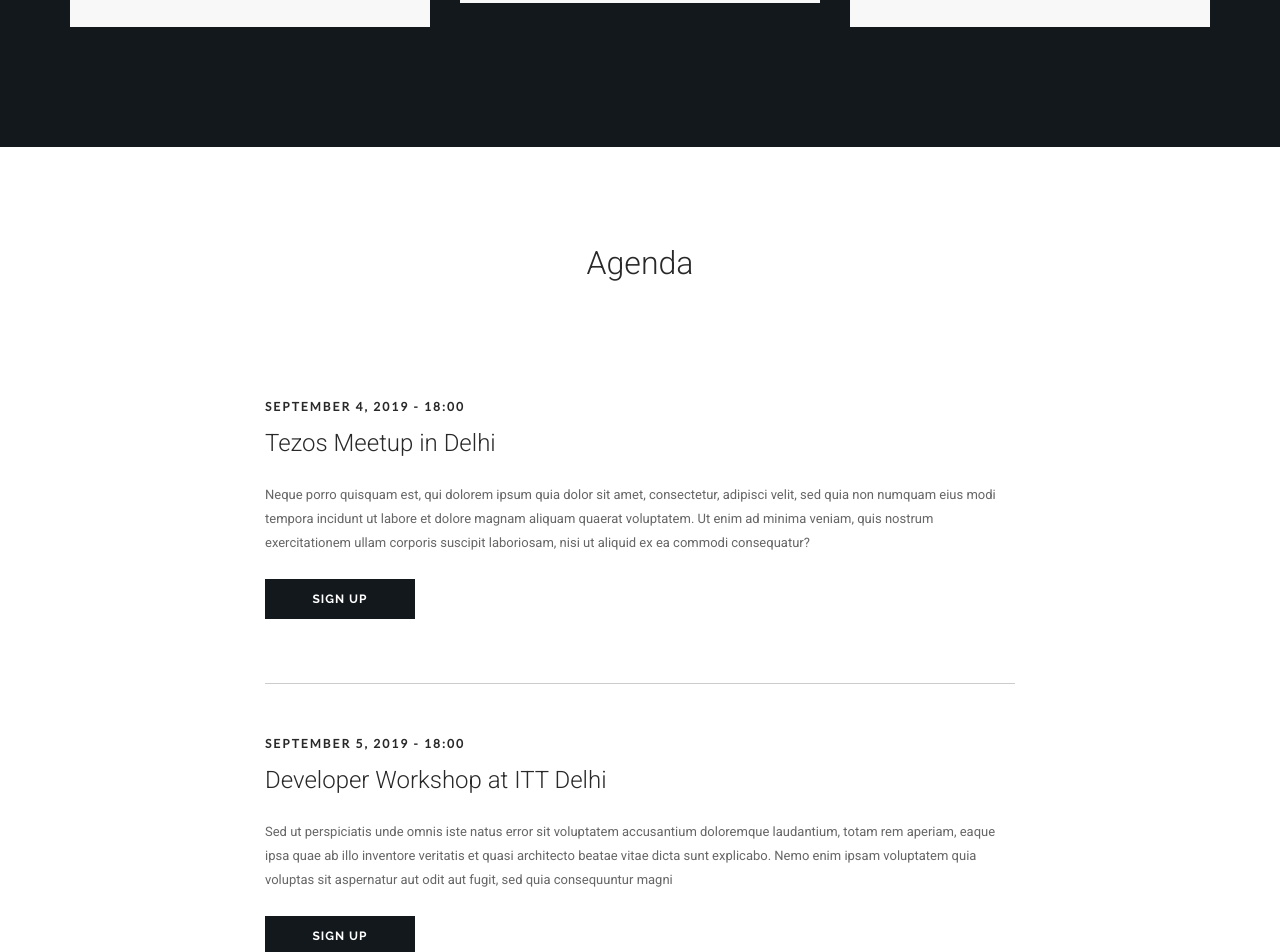
Repository: Tezos-India-Foundation/TIF-Website
Page: Tezos India Website/page.html
The author's editor kept a copy of each file at every save. The page is drawn from the files as they stood at one save, then again after the next save.
The browser window is 1280 px wide. The pictures show the part of the page from y = 1578 to 2530 px (the page is 4205 px tall before and 5045 px after).
A picture or video elsewhere on the page could not be fetched, so the positions and the page height are approximate.

Above is the page before, as saved 2019-08-13 04:09:08.

### Tezos India Website/page.html
<!doctype html>
<html lang="en">

<head>
	<meta charset="utf-8">
	<title>Tezos India Foundation</title>
	<meta name="viewport" content="width=device-width, initial-scale=1.0">
	<link href="css/font-awesome.min.css" rel="stylesheet" type="text/css" media="all">
	<link href="css/themify-icons.css" rel="stylesheet" type="text/css" media="all" />
	<link href="css/bootstrap.css" rel="stylesheet" type="text/css" media="all" />
	<link href="css/theme-nearblack.css" rel="stylesheet" type="text/css" media="all" />
	<link href="css/custom.css" rel="stylesheet" type="text/css" media="all" />
	<link
		href='http://fonts.googleapis.com/css?family=Lato:300,400%7CRaleway:100,400,300,500,600,700%7COpen+Sans:400,500,600'
		rel='stylesheet' type='text/css'>
	<link href="http://fonts.googleapis.com/css?family=Roboto:100,300,400,600,700" rel="stylesheet" type="text/css">
	<link href="css/font-roboto.css" rel="stylesheet" type="text/css">
</head>

<body>

	<div class="nav-container">




		<nav class="bg-dark">
			<div class="nav-bar">
				<div class="module left">
					<a href="index.html">
						<img class="logo logo-light" alt="Foundry" src="img\logo with text.png">
						<img class="logo logo-dark" alt="Foundry" src="img/logo-dark.png">
					</a>
				</div>
				<div class="module widget-handle mobile-toggle right visible-sm visible-xs">
					<i class="ti-menu"></i>
				</div>
				<div class="module-group right">
					<div class="module left">
						<ul class="menu">
							<li>
								<a href="#">What We Do</a>
							</li>
							<li>
								<a href="#">Agenda</a>
							</li>
							<li>
								<a href="#">Team</a>
							</li>
							<li>
								<a href="#">Contact</a>
							</li>
					</div>

				</div>
		</nav>


	</div>

	<div class="main-container">





		<!-- <section class="cover fullscreen image-bg overlay">

			<div class="background-image-holder">
				<img alt="image" class="background-image" src="img/prop1.jpg">
			</div>
			<div class="container v-align-transform">
				<div class="row">
					<div class="col-sm-12 text-center">
						<h1 class="large mb16">Tezos India Foundation</h1>
						<h5 class="uppercase mb0">Education . meetups . partnerships</h5>
					</div>
				</div>

			</div>

			<div class="align-bottom relative-xs text-center" id="buttonslanding">
				<a class="btn btn-filled btn-lg mb32 mt-xs-40" href="#">What is Tezos?</a>
				<a class="btn btn-filled btn-lg mb32 mt-xs-40" href="#">Developer Resources</a>
			</div>

		</section> -->
		<section class="bg-dark">



			<div class="container">
				<div class="row">
					<!-- <div class="col-sm-12">

						<hr class="mb160 mb-xs-24">
					</div> -->
				</div>

				<div class="row" id="headerlanding">
					<div class="col-md-10">
						<h1 class="thin">Dedicated to Growing the Tezos Community in India.</h1>
					</div>
				</div>

				<div class="row mb40 mb-xs-0">
					<div class="col-md-6 col-sm-8">
						<p class="lead">The Tezos India Foundation assists individuals and
							entities to use the Tezos blockchain. Our goal is to grow
							the community and advance Tezos in India through education, meetups and
							partnerships.
							&nbsp;</p>
					</div>
				</div>

				<div class="row mb160 mb-xs-0" >
						<div class="col-md-6 col-sm-8" id="headerbuttons">
						<a class="btn btn-lg btn-filled" target="_blank" href="https://tezos.com/">What is Tezos?</a>
						<a class="btn btn-lg btn-white" id="devbutton" target="_blank" href="https://developers.tezos.com/">Developer Resources</a>
					</div>
					</div>



			</div>

		</section>
	</section><section class="bg-primary">

		<div class="container">
			<div class="row">
				<div class="col-sm-12 text-center">
					<h2 class="mb16">What we do</h2>
					<p class="lead mb64">
						Advancing Tezos by Education, Meetups and Partnerships.
					</p>
				</div>
			</div>
			<!--end of row-->
			<div class="row">
				<div class="col-sm-4">
					<div class="feature feature-1 boxed">
						<div class="text-center">
							<i class="ti-package icon"></i>
							<h5 class="uppercase">Education</h5>
						</div>
						<p>
							10 Fresh and unique concepts included out of the box. From portfolio to property showcase, Foundry's adaptable look is perfect for your next project.
						</p>
					</div>
					<!--end of feature-->
				</div>
				<div class="col-sm-4">
					<div class="feature feature-1 boxed">
						<div class="text-center">
							<i class="ti-infinite icon"></i>
							<h5 class="uppercase">Meetups</h5>
						</div>
						<p>
							With over 100 pre-made HTML templates included, it's easier than ever to find a look that suits you. If not, just create your own with Variant Page Builder!
						</p>
					</div>
					<!--end of feature-->
				</div>
				<div class="col-sm-4">
					<div class="feature feature-1 boxed">
						<div class="text-center">
							<i class="ti-heart icon"></i>
							<h5 class="uppercase">Partnerships</h5>
						</div>
						<p>
							We haven't forgotten developers, that's why we've built Foundry from the ground-up as a powerful, easy to understand framework, with a focus on code readability.
						</p>
					</div>
					<!--end of feature-->
				</div>
			</div>
			<!--end of row-->
		</div>
		<!--end of container-->
	</section>
		<section>
			<div class="container">
				<div class="row mb64 mb-xs-24">
					<div class="col-sm-12 text-center">
						<h3>Agenda</h3>

					</div>
				</div>

				<div class="row">
					<div class="col-md-offset-2 col-md-8">
						<div class="tabbed-content button-tabs">


									<div class="tab-content text-left">
										<div>
											<div class="overflow-hidden">

												<div class=" p0-xs pt24">
													<h6 class="uppercase mb8 number">September 4, 2019 - 18:00</h6>
													<h4>Tezos Meetup in Delhi</h4>
												</div>
											</div>
											<p>
												Neque porro quisquam est, qui dolorem ipsum quia dolor sit amet,
												consectetur, adipisci velit, sed quia non numquam eius modi tempora
												incidunt ut labore et dolore magnam aliquam quaerat voluptatem. Ut enim
												ad minima veniam, quis nostrum exercitationem ullam corporis suscipit
												laboriosam, nisi ut aliquid ex ea commodi consequatur?
											</p>

											<a class="mt20 mb20 btn btn-filled" target="_blank" href="https://berndoostrum.typeform.com/to/sGThtu">Sign Up</a>
											<hr class="mt40 mb20 mt-xs-0 mb-xs-24">
										</div>
										<div>
											<div class="overflow-hidden">

												<div class=" p0-xs pt24">
													<h6 class="uppercase mb8 number">September 5, 2019 - 18:00</h6>
													<h4>Developer Workshop at ITT Delhi</h4>
												</div>
											</div>
											<p>
												Sed ut perspiciatis unde omnis iste natus error sit voluptatem
												accusantium doloremque laudantium, totam rem aperiam, eaque ipsa quae ab
												illo inventore veritatis et quasi architecto beatae vitae dicta sunt
												explicabo. Nemo enim ipsam voluptatem quia voluptas sit aspernatur aut
												odit aut fugit, sed quia consequuntur magni
											</p>
											<a class="mt20 mb20 btn btn-filled" target="_blank" href="https://berndoostrum.typeform.com/to/sGThtu">Sign Up</a>
											<hr class="mt40 mb20 mt-xs-0 mb-xs-24">
										</div>
										<div>
											<div class="overflow-hidden">

												<div class=" p0-xs pt24">
													<h6 class="uppercase mb8 number">September 5, 2019 - 18:00</h6>
													<h4>Developer Workshop at ITT Delhi</h4>
												</div>
											</div>
											<p>
												Sed ut perspiciatis unde omnis iste natus error sit voluptatem
												accusantium doloremque laudantium, totam rem aperiam, eaque ipsa quae ab
												illo inventore veritatis et quasi architecto beatae vitae dicta sunt
												explicabo. Nemo enim ipsam voluptatem quia voluptas sit aspernatur aut
												odit aut fugit, sed quia consequuntur magni
											</p>
											<a class="mt20 mb20 btn btn-filled" target="_blank" href="https://berndoostrum.typeform.com/to/sGThtu">Sign Up</a>
											<hr class="mt40 mb20 mt-xs-0 mb-xs-24">
										</div>
									</div>

						</div>

					</div>
				</div>


		</section>
		<section class="bg-dark">
			<div class="container">
				<div class="row">
					<div class="col-md-4 col-sm-6">
						<div class="image-tile outer-title text-center">
							<img alt="Pic" src="img/headshot_berndoostrum.jpg">
							<div class="title mb16">
								<h5 class="uppercase mb0">Bernd Oostrum</h5>
								<span>Director</span>
							</div>
							<p class="mb0">
								Sed ut perspiciatis unde omnis iste natus error sit voluptatem accusantium doloremque
								laudantium, totam rem aperiam, eaque ipsa quae ab illo inventore veritatis.
							</p>
						</div>
					</div>

					<div class="col-md-4 col-sm-6">
						<div class="image-tile outer-title text-center">
							<img alt="Pic" src="img/headshot_gokul.jpg">
							<div class="title mb16">
								<h5 class="uppercase mb0">Gokul Alex</h5>
								<span>Director</span>
							</div>
							<p class="mb0">
								Sed ut perspiciatis unde omnis iste natus error sit voluptatem accusantium doloremque
								laudantium, totam rem aperiam, eaque ipsa quae ab illo inventore veritatis.
							</p>
						</div>
					</div>
					<div class="col-md-4 col-sm-6">
						<div class="image-tile outer-title text-center">
							<img alt="Pic" src="img/headshot_om.jpg">
							<div class="title mb16">
								<h5 class="uppercase mb0">Om Malviya</h5>
								<span>Director</span>
							</div>
							<p class="mb0">
								Sed ut perspiciatis unde omnis iste natus error sit voluptatem accusantium doloremque
								laudantium, totam rem aperiam, eaque ipsa quae ab illo inventore veritatis.
							</p>
						</div>
					</div>
				</div>

			</div>

		</section>
		<section class="bg-primary">
			<div class="container">
				<div class="row">
					<div class="col-sm-12 text-center">
						<h3 class="mb0 inline-block p32 p0-xs">Interested in exploring Tezos?</h3>
						<a class="btn btn-lg btn-white mb8 mt-xs-24" href="#">Reach out</a>
					</div>
				</div>

			</div>

		</section>
		<footer class="footer-2 bg-dark text-center-xs">
			<div class="container">
				<div class="row">
					<div class="col-sm-4">
						<a href="#"><img class="image-xxs fade-half" alt="Pic" src="img\logo with text.png"></a>
					</div>

					<div class="col-sm-5 text-center">
						<span class="fade-half">
							© Copyright 2019 Tezos India Foundation - All Rights Reserved
						</span>
					</div>

					<div class="col-sm-3 text-right text-center-xs">
						<ul class="list-inline social-list">
							<li><a href="#"><i class="ti-twitter-alt"></i></a></li>
							<li><a href="#"><i class="ti-facebook"></i></a></li>
							<li><a href="#"><i class="ti-linkedin"></i></a></li>

						</ul>
					</div>
				</div>
			</div>
		</footer>
	</div>


	<script src="js/jquery.min.js"></script>
	<script src="js/bootstrap.min.js"></script>
	<script src="js/parallax.js"></script>
	<script src="js/scripts.js"></script>
</body>

</html>

### Tezos India Website/css/custom.css
/****** PLACE YOUR CUSTOM STYLES HERE ******/

#headerlanding {
    padding-top: 15%;
}
#headerbuttons {
    padding-bottom: 10%;
}
#backgroundcolor-info {
    background-color: #d3d3d3;
}

Loaded but not shown: Tezos India Website/css/font-awesome.min.css (library); Tezos India Website/css/themify-icons.css (common file); Tezos India Website/css/bootstrap.css (library); Tezos India Website/css/font-roboto.css (common file); Tezos India Website/js/jquery.min.js (library); Tezos India Website/js/bootstrap.min.js (library); Tezos India Website/js/parallax.js (library); Tezos India Website/js/scripts.js (1387 lines, source omitted); Tezos India Website/css/theme-nearblack.css (5712 lines, source omitted)

After the next save:
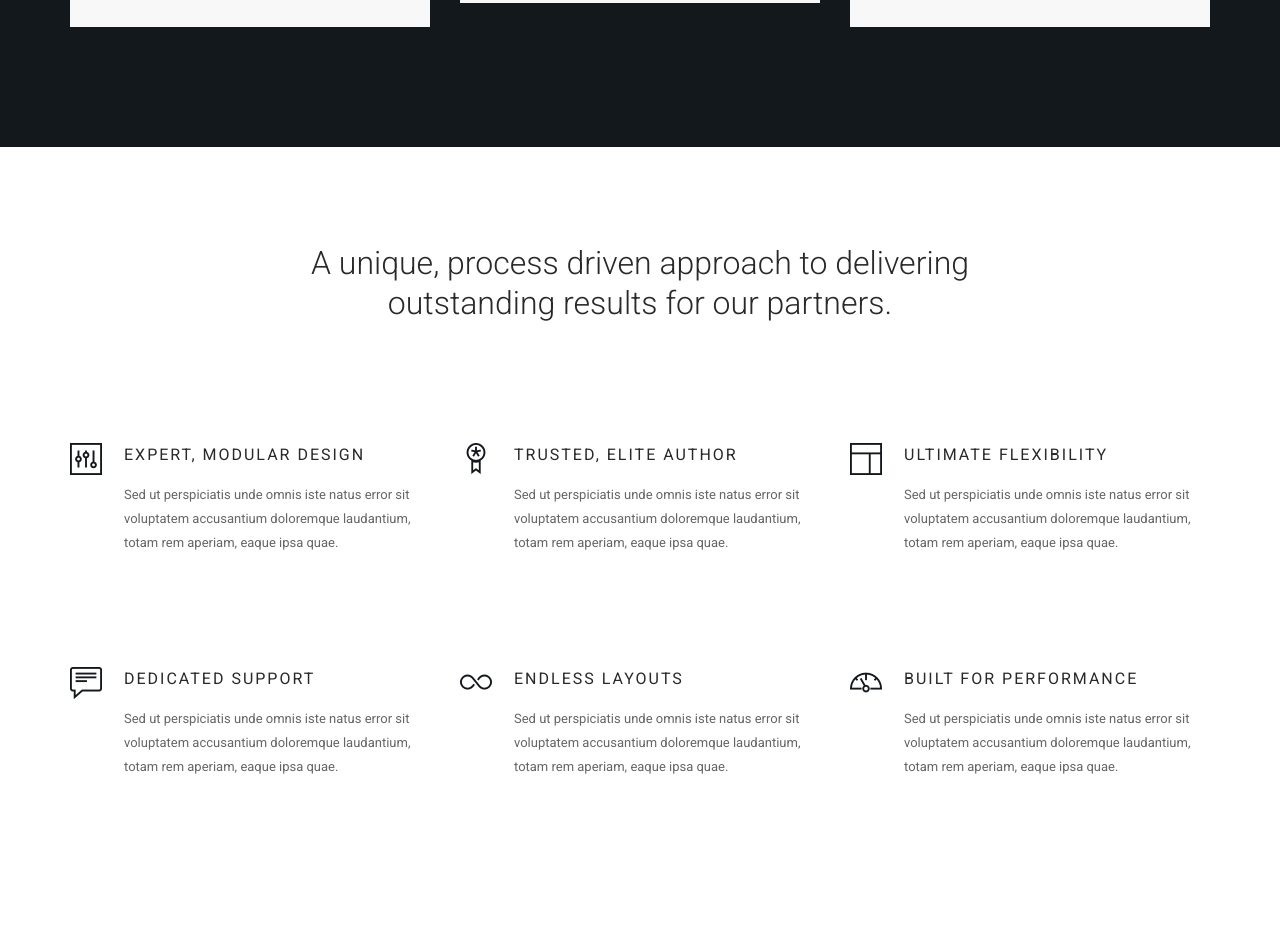
Saved 3 min 27 s later.
--- a/Tezos India Website/page.html
+++ b/Tezos India Website/page.html
@@ -171,6 +171,109 @@
 						<p>
 							We haven't forgotten developers, that's why we've built Foundry from the ground-up as a powerful, easy to understand framework, with a focus on code readability.
 						</p>
+					</div>
+					<!--end of feature-->
+				</div>
+			</div>
+			<!--end of row-->
+		</div>
+		<!--end of container-->
+	</section>
+	<section class="pb0">
+		<div class="container">
+			<div class="row">
+				<div class="col-md-8 col-md-offset-2 col-sm-10 col-sm-offset-1 text-center">
+					<h3>A unique, process driven approach to delivering outstanding results for our partners.</h3>
+				</div>
+			</div>
+			<!--end of row-->
+		</div>
+		<!--end of container-->
+	</section>
+	<section>
+		<div class="container">
+			<div class="row">
+				<div class="col-md-4 col-sm-6">
+					<div class="feature feature-3 mb-xs-24 mb64">
+						<div class="left">
+							<i class="ti-panel icon-sm"></i>
+						</div>
+						<div class="right">
+							<h5 class="uppercase mb16">Expert, Modular Design</h5>
+							<p>
+								Sed ut perspiciatis unde omnis iste natus error sit voluptatem accusantium doloremque laudantium, totam rem aperiam, eaque ipsa quae.
+							</p>
+						</div>
+					</div>
+					<!--end of feature-->
+				</div>
+				<div class="col-md-4 col-sm-6">
+					<div class="feature feature-3 mb-xs-24 mb64">
+						<div class="left">
+							<i class="ti-medall icon-sm"></i>
+						</div>
+						<div class="right">
+							<h5 class="uppercase mb16">Trusted, Elite Author</h5>
+							<p>
+								Sed ut perspiciatis unde omnis iste natus error sit voluptatem accusantium doloremque laudantium, totam rem aperiam, eaque ipsa quae.
+							</p>
+						</div>
+					</div>
+					<!--end of feature-->
+				</div>
+				<div class="col-md-4 col-sm-6">
+					<div class="feature feature-3 mb-xs-24 mb64">
+						<div class="left">
+							<i class="ti-layout icon-sm"></i>
+						</div>
+						<div class="right">
+							<h5 class="uppercase mb16">Ultimate Flexibility</h5>
+							<p>
+								Sed ut perspiciatis unde omnis iste natus error sit voluptatem accusantium doloremque laudantium, totam rem aperiam, eaque ipsa quae.
+							</p>
+						</div>
+					</div>
+					<!--end of feature-->
+				</div>
+				<div class="col-md-4 col-sm-6">
+					<div class="feature feature-3 mb-xs-24 mb64">
+						<div class="left">
+							<i class="ti-comment-alt icon-sm"></i>
+						</div>
+						<div class="right">
+							<h5 class="uppercase mb16">Dedicated Support</h5>
+							<p>
+								Sed ut perspiciatis unde omnis iste natus error sit voluptatem accusantium doloremque laudantium, totam rem aperiam, eaque ipsa quae.
+							</p>
+						</div>
+					</div>
+					<!--end of feature-->
+				</div>
+				<div class="col-md-4 col-sm-6">
+					<div class="feature feature-3 mb-xs-24">
+						<div class="left">
+							<i class="ti-infinite icon-sm"></i>
+						</div>
+						<div class="right">
+							<h5 class="uppercase mb16">Endless Layouts</h5>
+							<p>
+								Sed ut perspiciatis unde omnis iste natus error sit voluptatem accusantium doloremque laudantium, totam rem aperiam, eaque ipsa quae.
+							</p>
+						</div>
+					</div>
+					<!--end of feature-->
+				</div>
+				<div class="col-md-4 col-sm-6">
+					<div class="feature feature-3 mb-xs-24">
+						<div class="left">
+							<i class="ti-dashboard icon-sm"></i>
+						</div>
+						<div class="right">
+							<h5 class="uppercase mb16">Built for Performance</h5>
+							<p>
+								Sed ut perspiciatis unde omnis iste natus error sit voluptatem accusantium doloremque laudantium, totam rem aperiam, eaque ipsa quae.
+							</p>
+						</div>
 					</div>
 					<!--end of feature-->
 				</div>
